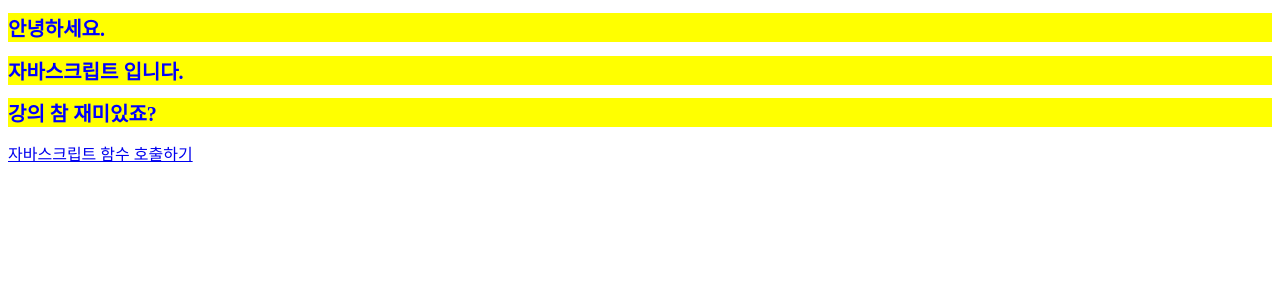
Repository: codelily98/Web
Page: JavaScript/src/main/webapp/javascript/exam19.html
These files come from the project's save history. The page is drawn as it stood at one moment and after the next save; the edit follows.
The browser window is 1280 px wide. The pictures show the whole page.
After loading, the first visible `a` was clicked once.

Above is the page before, as saved 2024-08-20 05:54:37.

### JavaScript/src/main/webapp/javascript/exam19.html
<!DOCTYPE html>
<html>
<head>
<meta charset="UTF-8">
<title>Insert title here</title>
<style type="text/css">
#myid {
	background: #ff0;
	font-size: 20px;
	font-weight: blod;
	color: #00f;
}
</style>
</head>
<body>
	<h1 id="myid">안녕하세요.</h1>
	<h1 id="myid">자바스크립트 입니다.</h1>
	<h1 id="myid">강의 참 재미있죠?</h1>
	<a href="#" onclick="doPrint()">자바스크립트 함수 호출하기</a>

<script type="text/javascript">
//id가 myid인 태그에 "스크립트가 실행되었습니다" 로 바꾸기
function doPrint() {

}
</script>
</body>
</html>

After the next save:
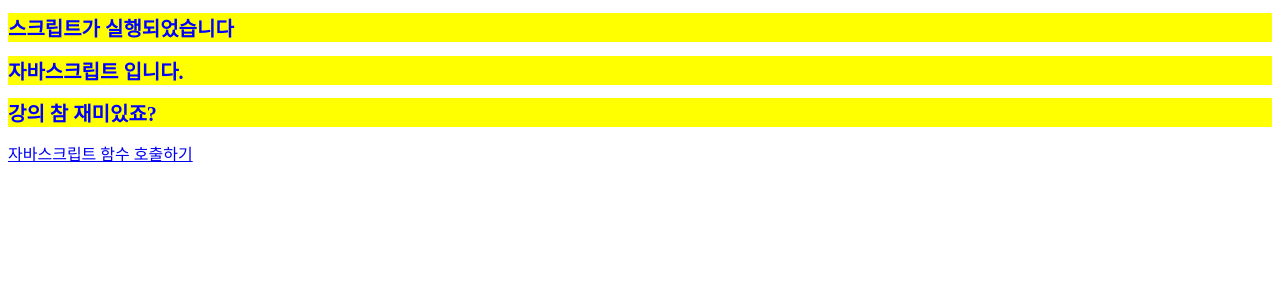
Saved 87 s later.
--- a/JavaScript/src/main/webapp/javascript/exam19.html
+++ b/JavaScript/src/main/webapp/javascript/exam19.html
@@ -21,7 +21,7 @@
 <script type="text/javascript">
 //id가 myid인 태그에 "스크립트가 실행되었습니다" 로 바꾸기
 function doPrint() {
-
+	document.getElementById("myid").innerText="스크립트가 실행되었습니다";
 }
 </script>
 </body>
